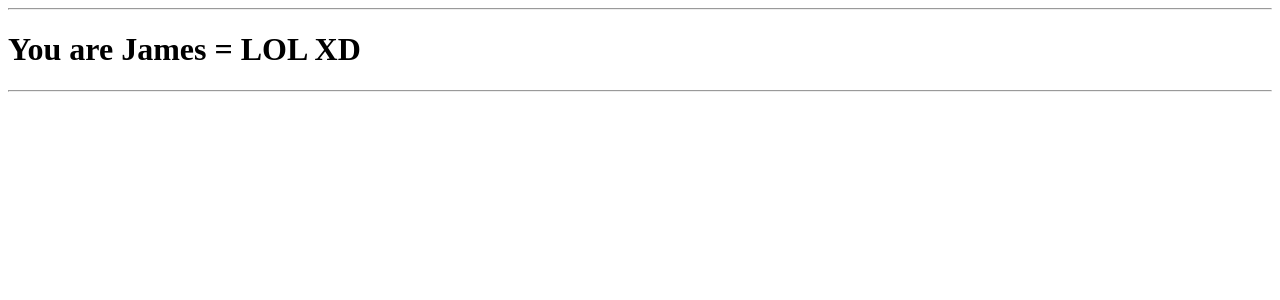
Repository: somnath0796/DeveloperMaterials
Page: http://localhost/DispatcherDemo/S2
An editor plug-in stored every save of this project. The page is shown before and after the next save, followed by the edit.
The browser window is 1280 px wide. The pictures show the whole page.
The page is served by Tomcat 9. Other server files are loaded and not shown.

Above is the page before, as saved 2018-02-01 10:51:10.

### DispatcherDemo/src/com/demo/web/S2.java
package com.demo.web;

import java.io.IOException;
import java.io.PrintWriter;

import javax.servlet.ServletException;
import javax.servlet.http.HttpServlet;
import javax.servlet.http.HttpServletRequest;
import javax.servlet.http.HttpServletResponse;


public class S2 extends HttpServlet {
	private static final long serialVersionUID = 1L;


	protected void doGet(HttpServletRequest request, HttpServletResponse response) throws ServletException, IOException {
		response.setContentType("text/html");
		PrintWriter out = response.getWriter();
		out.println("<hr>");
		out.println("<h1>You are James = LOL XD</h1>");
		out.println("<hr>");

	}

}

After the next save:
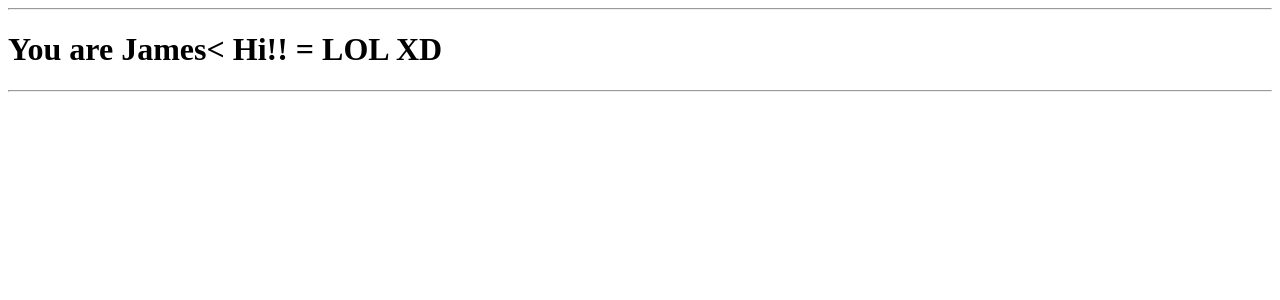
Saved 11 s later.
--- a/DispatcherDemo/src/com/demo/web/S2.java
+++ b/DispatcherDemo/src/com/demo/web/S2.java
@@ -17,7 +17,7 @@ public class S2 extends HttpServlet {
 		response.setContentType("text/html");
 		PrintWriter out = response.getWriter();
 		out.println("<hr>");
-		out.println("<h1>You are James = LOL XD</h1>");
+		out.println("<h1>You are James< Hi!! = LOL XD</h1>");
 		out.println("<hr>");
 
 	}
